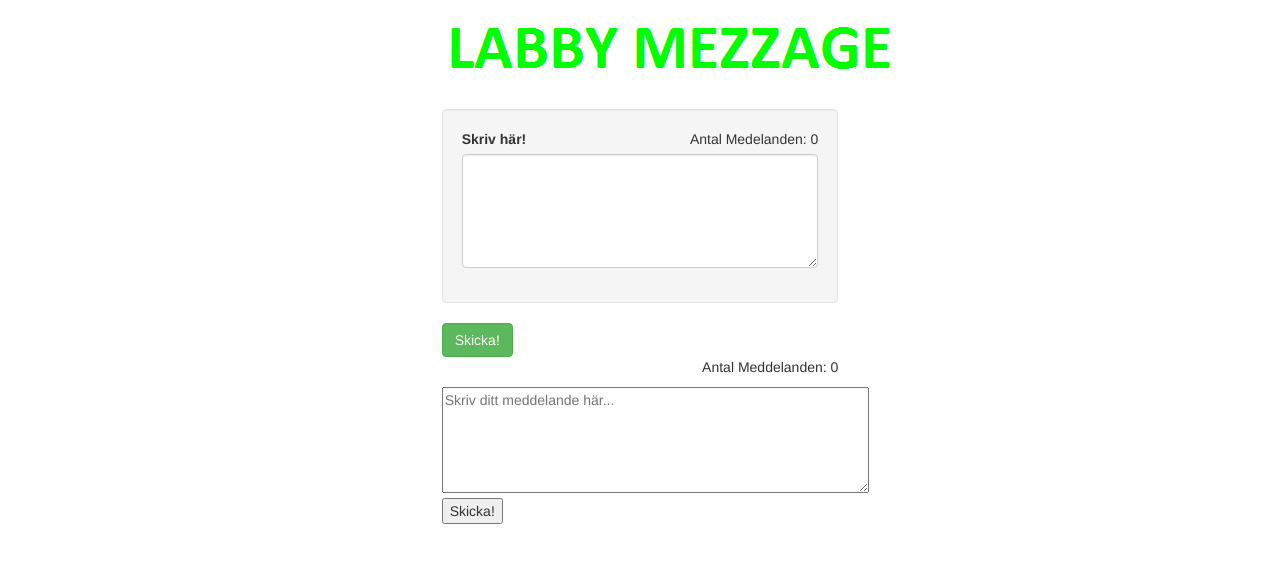
Repository: mc22dg/1dv403-laborationer
Page: 2-labbymezzage/index.html
The author's editor kept a record of every edit. The page is drawn from the files as they stood at one moment, then again after the next edit.
The browser window is 1280 px wide. The pictures show the whole page.

Above is the page before.

### 2-labbymezzage/index.html
<!DOCTYPE html>
<html lang="sv">
<head>
    <meta charset="UTF-8" />
        <title>Labby mezzage</title>
            <link rel="stylesheet" href="https://maxcdn.bootstrapcdn.com/bootstrap/3.3.1/css/bootstrap.min.css">
            <link rel="stylesheet" href="style.css"/>

</head>

<body>

    <div class="row"></div>

    <div class="col-md-offset-4 col-md-4">


    <div id="logo">
            <img src="logo.png" alt="">
    </div>

        <div class="well">
            <div id="message">

            </div>

                <div ="textruta">
                    <div id="numberOfMess">Antal Medelanden: 0</div>

                    <div class="form-group">
                    <label for="comment">Skriv här!</label>
                    <textarea class="form-control" rows="5" id="comment"></textarea>

                    </div>

                </div>
        </div>

            <div ="">
                    <button type="button" class="btn btn-success">Skicka!</button>
            </div>

            <div id="bottom">
                <p id="numberOfMess">Antal Meddelanden: 0</p>
                <textarea id="textarea" rows="5" cols="50" placeholder="Skriv ditt meddelande här..."></textarea>
                <input id="button" type="button" value="Skicka!" />
            </div>


     <script src="message.js"></script>
    <script src="messageEngine.js"></script>
    </div>
    </div>
</body>

</html>

### 2-labbymezzage/style.css
#logo{

}
#numberOfMess{
float: right;
}


.glyphicon{
font-size: 30px;
float: right;
}

### 2-labbymezzage/message.js
function Message(message, date) {

        this.getText = function() {
        return message;
        };

        this.setText = function(_text) {
        message = _text;
        };

        this.getDate = function() {
        return date;
        };

        this.setDate = function(_date) {
        date = _date;
        };

        Message.prototype.toString = function() {
        return this.getText() + " ("+this.getDate()+")";
        };

        Message.prototype.getHTMLText = function() {
        return this.getText().replace(/[\n\r]/g, "<br/>");
        };

        Message.prototype.getDateText = function(alertDate) {
        var dateFormat = this.getDate();
        };
}

### 2-labbymezzage/messageEngine.js
"use strict"

var MessageBoard = {

        messages: [], //En array för alla meddelanden.


}

After the next edit:
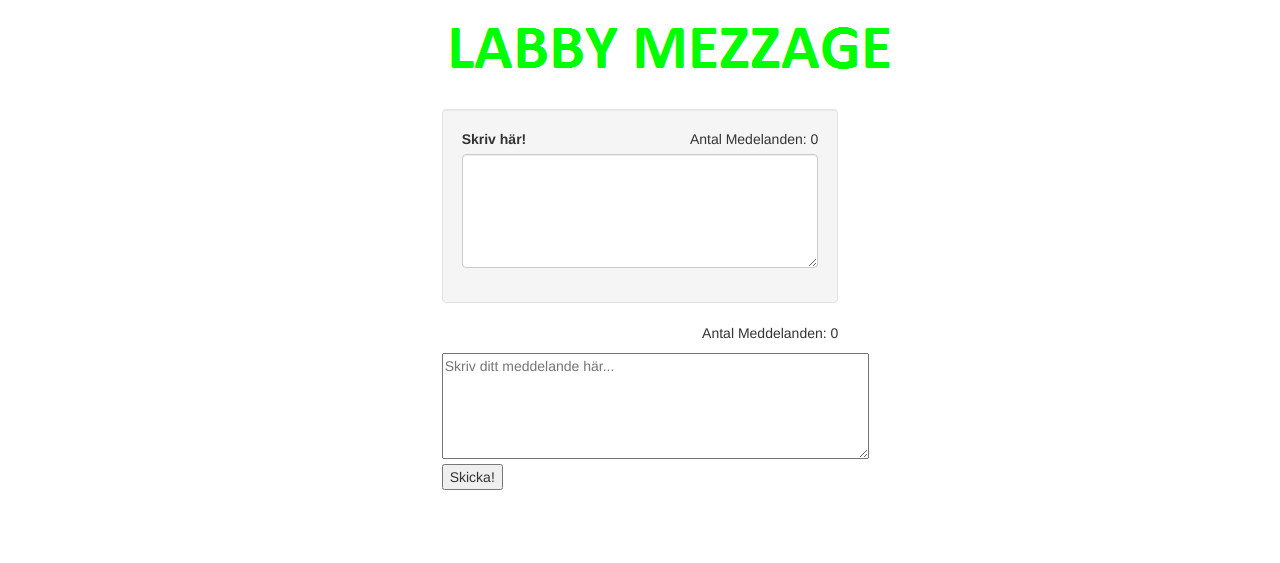
The edit:
--- a/2-labbymezzage/index.html
+++ b/2-labbymezzage/index.html
@@ -37,7 +37,7 @@
         </div>
 
             <div ="">
-                    <button type="button" class="btn btn-success">Skicka!</button>
+
             </div>
 
             <div id="bottom">
